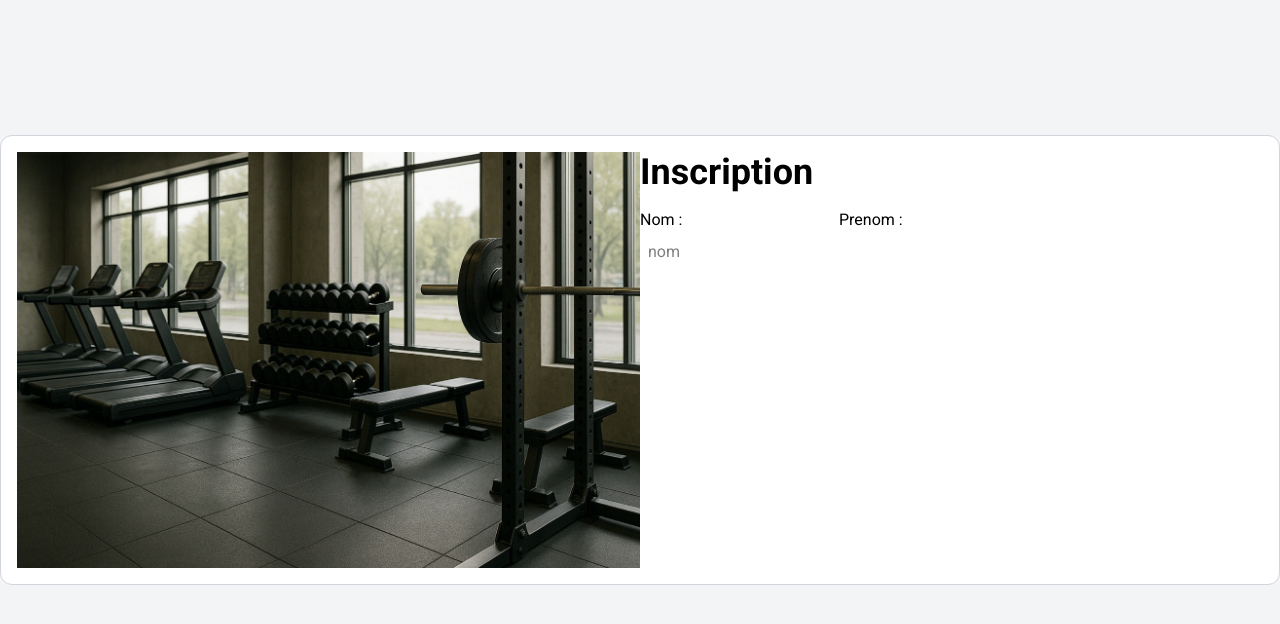
Repository: fahchouchsm/clubSportifWeb
Page: src/pages/inscription.html
These files come from the project's save history. The page is drawn as it stood at one moment and after the next save; the edit follows.
The browser window is 1280 px wide. The pictures show the whole page.

Above is the page before, as saved 2025-04-16 18:31:33.

### src/pages/inscription.html
<!doctype html>
<html lang="en">
  <head>
    <meta charset="UTF-8" />
    <meta name="viewport" content="width=device-width, initial-scale=1.0" />
    <link href="../css/output.css" rel="stylesheet" />
    <link rel="stylesheet" href="../css/main.css" />
    <link rel="stylesheet" href="../css/style.css" />
    <title>Document</title>
  </head>
  <body>
    <div
      class="flex h-screen w-screen items-center justify-center bg-gray-100 px-10"
    >
      <main
        class="mx-auto flex gap-10 rounded-xl border border-gray-300 bg-white p-4 shadow-lg shadow-gray-400"
      >
        <img
          src="../../public/imgs/salleInterieur.jpeg"
          class="h-full w-1/2 object-cover"
          alt=""
        />
        <form action="" method="post" class="flex w-1/2 flex-col gap-4">
          <h1 class="text-4xl font-bold">Inscription</h1>
          <div class="flex w-full gap-1">
            <div class="flex-1">
              <label for="nom"> Nom : </label>
              <input
                class="input-style"
                type="text"
                name="nom"
                id="nom"
                placeholder="nom"
              />
            </div>
            <div class="flex-1">
              <label for="prenom">Prenom :</label
              ><input type="text" class="input-style" />
            </div>
          </div>
        </form>
      </main>
    </div>
    <script src="../js/style.js"></script>
  </body>
</html>

### src/css/main.css
@import url("https://fonts.googleapis.com/css2?family=Roboto:wght@400;700&display=swap");

body {
  font-family: "Roboto", sans-serif;
}

### src/css/style.css
/* styles.css */
.input-style {
  @apply block w-full rounded-lg border-2 border-gray-300 p-2 focus:border-blue-500 focus:outline-none;
}

Loaded but not shown: src/js/style.js (15 lines, source omitted); src/css/output.css (1058 lines, source omitted)

After the next save:
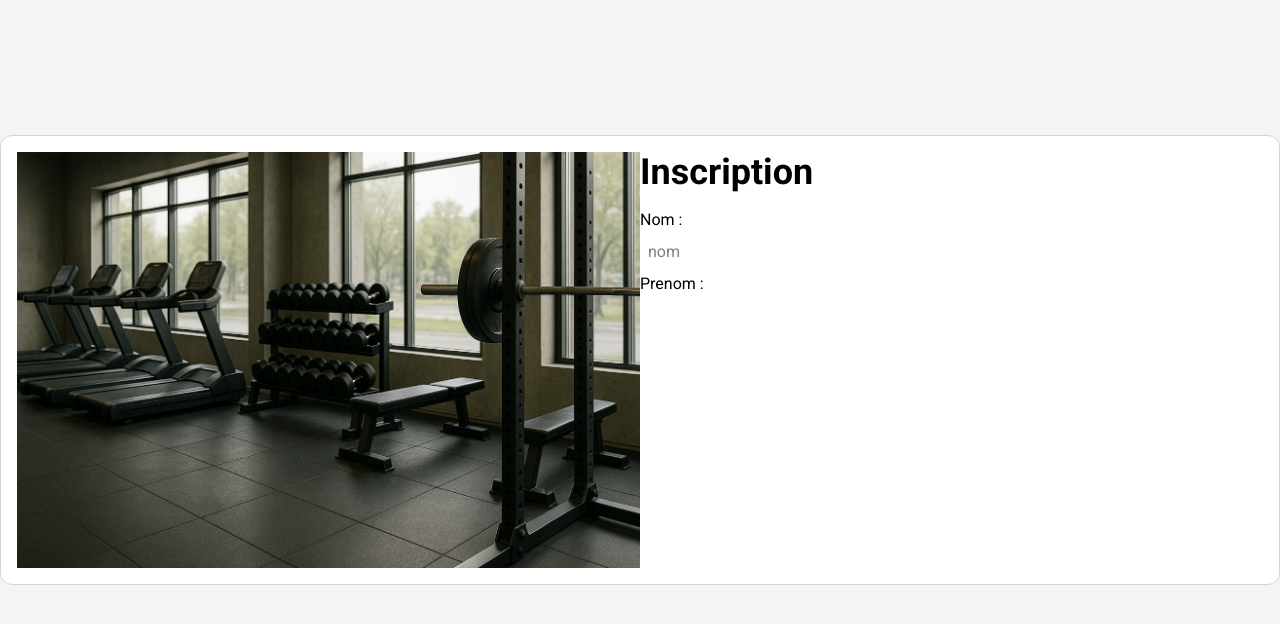
Saved 86 s later.
--- a/src/pages/inscription.html
+++ b/src/pages/inscription.html
@@ -22,7 +22,8 @@
         />
         <form action="" method="post" class="flex w-1/2 flex-col gap-4">
           <h1 class="text-4xl font-bold">Inscription</h1>
-          <div class="flex w-full gap-1">
+          <!-- inputs -->
+          <div class="grid w-full gap-1">
             <div class="flex-1">
               <label for="nom"> Nom : </label>
               <input
